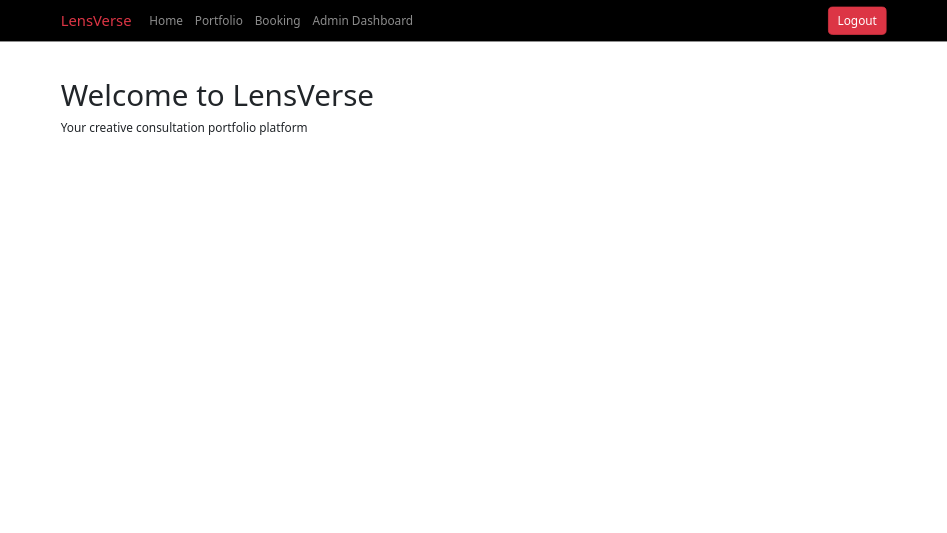
Repository: adithyakiran47/lensverseproject
Page: / (app in lensverse-client/)
These files come from the project's save history. The page is drawn as it stood at one moment and after the next save; the edit follows.
The browser window is 1280 px wide. The pictures show the whole page, at 74% of full size.
The project was rebuilt for these pictures with package versions that can differ from the ones it lists, and the page was loaded fresh each time. Also part of the build but not shown: lensverse-client/src/pages/Portfolio.js, lensverse-client/src/pages/Booking.js, lensverse-client/src/pages/About.js, lensverse-client/src/pages/AdminLogin.js, lensverse-client/src/pages/AdminDashboard.js. Imported but missing from the stored project, and not drawn on this page: lensverse-client/src/reportWebVitals.

Above is the page before, as saved 2025-11-04 09:22:29.

### lensverse-client/src/index.css
body {
  background-color: #000000;
  color: #FFFFFF;
  font-family: 'Segoe UI', Tahoma, Geneva, Verdana, sans-serif;
  transition: background-color 0.3s ease, color 0.3s ease;
}

a {
  color: #cc0000;
  text-decoration: none;
  transition: color 0.3s ease;
}

a:hover {
  color: #ff3333;
  text-decoration: underline;
}

.btn-primary, .btn-danger, .btn-black {
  transition: background-color 0.3s ease, border-color 0.3s ease;
}

.btn-primary {
  background-color: #cc0000;
  border-color: #cc0000;
  color: #000000;
}

.btn-primary:hover {
  background-color: #990000;
  border-color: #990000;
  color: #fff;
}

.btn-black {
  background-color: #000000;
  border: 1px solid #cc0000;
  color: #cc0000;
}

.btn-black:hover, .btn-black:focus {
  background-color: #cc0000;
  color: #000000;
  border-color: #cc0000;
}

/* Card hover effect */
.card {
  background-color: #111111;
  border: none;
  transition: transform 0.3s ease, box-shadow 0.3s ease;
}

.card:hover {
  transform: scale(1.03);
  box-shadow: 0 4px 15px rgba(204, 0, 0, 0.5);
}

/* Forms */
.form-control {
  background-color: #111111;
  border-color: #cc0000;
  color: #fff;
  transition: border-color 0.3s ease;
}

.form-control:focus {
  border-color: #ff3333;
  box-shadow: 0 0 8px #cc0000;
  background-color: #222222;
  color: #fff;
}

### lensverse-client/src/App.js
import React from 'react';
import { BrowserRouter as Router, Routes, Route } from 'react-router-dom';


// Import your page components (create these next)
import Home from './pages/Home';
import Portfolio from './pages/Portfolio';
import Booking from './pages/Booking';
import About from './pages/About';
import AdminLogin from './pages/AdminLogin';
import AdminDashboard from './pages/AdminDashboard';

function App() {
  return (
    <Router>
      <Routes>
        <Route path="/" element={<Home />} />
        <Route path="/portfolio" element={<Portfolio />} />
        <Route path="/booking" element={<Booking />} />
        <Route path="/about" element={<About />} />
        <Route path="/admin-login" element={<AdminLogin />} />
        <Route path="/admin-dashboard" element={<AdminDashboard />} />
      </Routes>
    </Router>
  );
}

export default App;

### lensverse-client/src/pages/Home.js
import React from 'react';
import Navbar from '../components/Navbar';

const Home = () => {
  return (
    <>
      <Navbar />
      <div className="container mt-5">
        <h1>Welcome to LensVerse</h1>
        <p>Your creative consultation portfolio platform</p>
      </div>
    </>
  );
};

<div className="container mt-5">
  <div className="p-5 mb-4 bg-light rounded-3">
    <div className="container-fluid py-5">
      <h1 className="display-5 fw-bold">Showcase Your Creative Work</h1>
      <p className="col-md-8 fs-4">Connect with clients and share your portfolio effortlessly.</p>
      <button className="btn btn-primary btn-lg" type="button" onClick={() => window.location.href='/portfolio'}>
        View Portfolio
      </button>
    </div>
  </div>
</div>


export default Home;

### lensverse-client/src/components/Navbar.js
import React from 'react';
import { Link, useNavigate } from 'react-router-dom';


const Navbar = () => {
  const navigate = useNavigate();

  const handleLogout = () => {
    localStorage.removeItem('adminToken');
    navigate('/admin-login');
  };

  return (
    <nav className="navbar navbar-expand-lg navbar-dark bg-black">
      <div className="container">
        <Link className="navbar-brand text-danger" to="/">LensVerse</Link>
        <button className="navbar-toggler" type="button" data-bs-toggle="collapse" data-bs-target="#navbarNav"
          aria-controls="navbarNav" aria-expanded="false" aria-label="Toggle navigation">
          <span className="navbar-toggler-icon"></span>
        </button>
        <div className="collapse navbar-collapse" id="navbarNav">
          <ul className="navbar-nav me-auto mb-2 mb-lg-0">
            <li className="nav-item"><Link className="nav-link" to="/">Home</Link></li>
            <li className="nav-item"><Link className="nav-link" to="/portfolio">Portfolio</Link></li>
            <li className="nav-item"><Link className="nav-link" to="/booking">Booking</Link></li>
            <li className="nav-item"><Link className="nav-link" to="/admin-dashboard">Admin Dashboard</Link></li>
          </ul>
          <button className="btn btn-danger" onClick={handleLogout}>Logout</button>
        </div>
      </div>
    </nav>
  );
};

export default Navbar;

Loaded but not shown: lensverse-client/src/index.js (common file)

After the next save:
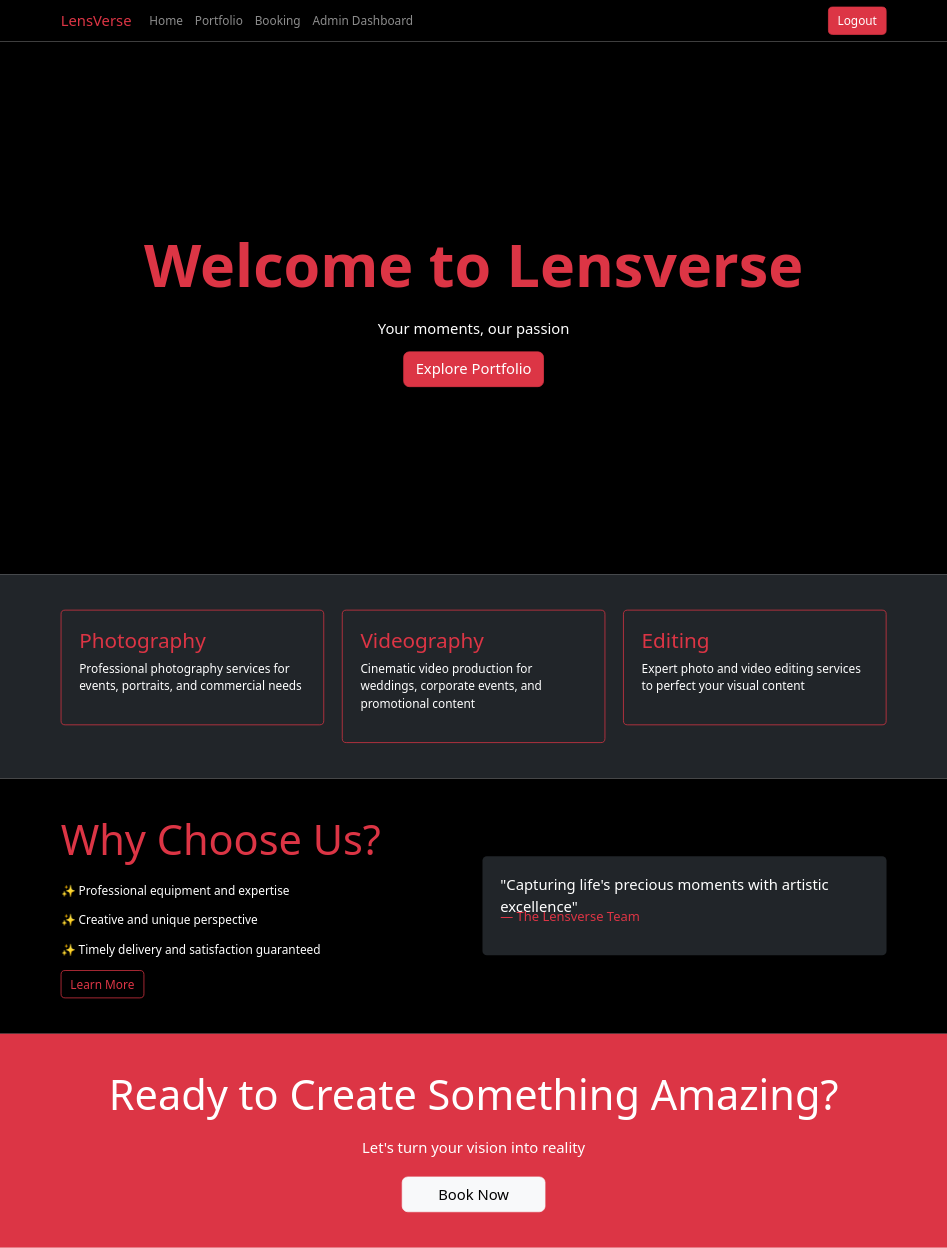
Saved 97 s later.
--- a/lensverse-client/src/pages/Home.js
+++ b/lensverse-client/src/pages/Home.js
@@ -1,29 +1,79 @@
 import React from 'react';
 import Navbar from '../components/Navbar';
+import { Link } from 'react-router-dom';
 
 const Home = () => {
   return (
     <>
       <Navbar />
-      <div className="container mt-5">
-        <h1>Welcome to LensVerse</h1>
-        <p>Your creative consultation portfolio platform</p>
+      {/* Hero Section */}
+      <div className="min-vh-100 bg-black text-white d-flex flex-column justify-content-center align-items-center p-4">
+        <h1 className="display-1 fw-bold text-danger mb-4">Welcome to Lensverse</h1>
+        <p className="lead text-center mb-3">Your moments, our passion</p>
+        <Link to="/portfolio" className="btn btn-danger btn-lg">Explore Portfolio</Link>
+      </div>
+
+      {/* Features Section */}
+      <div className="bg-dark text-white py-5">
+        <div className="container">
+          <div className="row g-4">
+            <div className="col-md-4">
+              <div className="p-4 border border-danger rounded">
+                <h3 className="text-danger">Photography</h3>
+                <p>Professional photography services for events, portraits, and commercial needs</p>
+              </div>
+            </div>
+            <div className="col-md-4">
+              <div className="p-4 border border-danger rounded">
+                <h3 className="text-danger">Videography</h3>
+                <p>Cinematic video production for weddings, corporate events, and promotional content</p>
+              </div>
+            </div>
+            <div className="col-md-4">
+              <div className="p-4 border border-danger rounded">
+                <h3 className="text-danger">Editing</h3>
+                <p>Expert photo and video editing services to perfect your visual content</p>
+              </div>
+            </div>
+          </div>
+        </div>
+      </div>
+
+      {/* About Preview Section */}
+      <div className="bg-black text-white py-5">
+        <div className="container">
+          <div className="row align-items-center">
+            <div className="col-md-6">
+              <h2 className="display-4 text-danger mb-4">Why Choose Us?</h2>
+              <ul className="list-unstyled">
+                <li className="mb-3">✨ Professional equipment and expertise</li>
+                <li className="mb-3">✨ Creative and unique perspective</li>
+                <li className="mb-3">✨ Timely delivery and satisfaction guaranteed</li>
+              </ul>
+              <Link to="/about" className="btn btn-outline-danger">Learn More</Link>
+            </div>
+            <div className="col-md-6">
+              <div className="p-4 bg-dark rounded">
+                <blockquote className="blockquote">
+                  <p className="mb-0">"Capturing life's precious moments with artistic excellence"</p>
+                  <footer className="blockquote-footer text-danger">The Lensverse Team</footer>
+                </blockquote>
+              </div>
+            </div>
+          </div>
+        </div>
+      </div>
+
+      {/* Call to Action Section */}
+      <div className="bg-danger text-white py-5">
+        <div className="container text-center">
+          <h2 className="display-4 mb-4">Ready to Create Something Amazing?</h2>
+          <p className="lead mb-4">Let's turn your vision into reality</p>
+          <Link to="/booking" className="btn btn-light btn-lg px-5">Book Now</Link>
+        </div>
       </div>
     </>
   );
 };
 
-<div className="container mt-5">
-  <div className="p-5 mb-4 bg-light rounded-3">
-    <div className="container-fluid py-5">
-      <h1 className="display-5 fw-bold">Showcase Your Creative Work</h1>
-      <p className="col-md-8 fs-4">Connect with clients and share your portfolio effortlessly.</p>
-      <button className="btn btn-primary btn-lg" type="button" onClick={() => window.location.href='/portfolio'}>
-        View Portfolio
-      </button>
-    </div>
-  </div>
-</div>
-
-
 export default Home;
